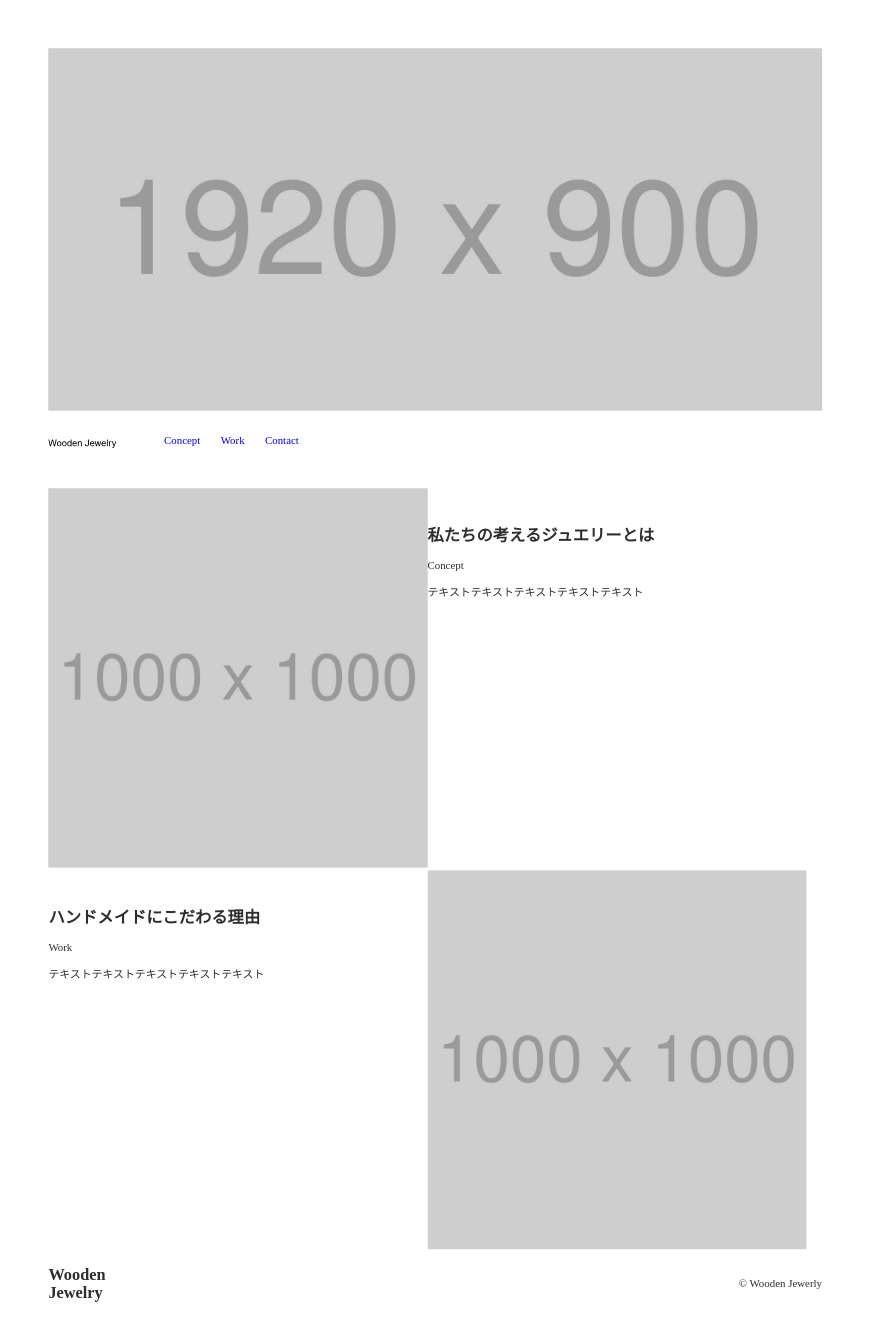
Repository: Fuki-san/jewelry
Page: http://localhost/jewelry
These files come from the project's save history. The page is drawn as it stood at one moment and after a run of saves; the edit follows.
The browser window is 1280 px wide. The pictures show the whole page, at 68% of full size.
The page is served by the project's Laravel application, run on PHP 8.4 with Laravel 10.

Above is the page before, as saved 2023-11-26 14:29:27.

After the next 2 saves:
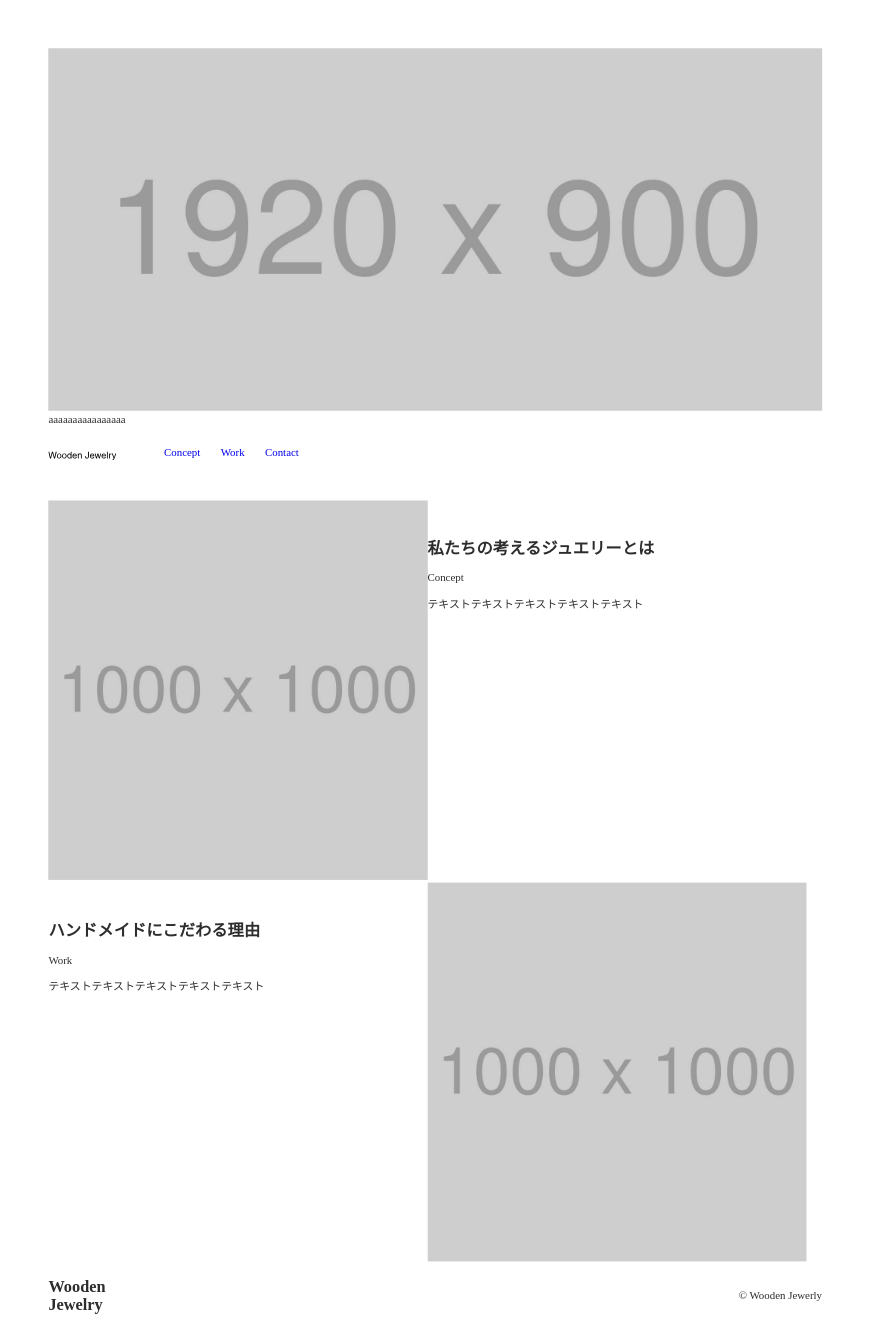
The 2 saves are shown as one change because they came seconds apart.
The last was saved 15 s later.
--- a/resources/views/jewelry.blade.php
+++ b/resources/views/jewelry.blade.php
@@ -5,6 +5,7 @@
 @section('content')
     <div id="mainvisual">
         <img src="img/mainvisual.jpg">
+        aaaaaaaaaaaaaaaa
     </div>
     <header id="header">
         <h1 class="site-title"><a href="#"><img src="img/logo.svg"></a></h1>

After the 2 saves that followed:
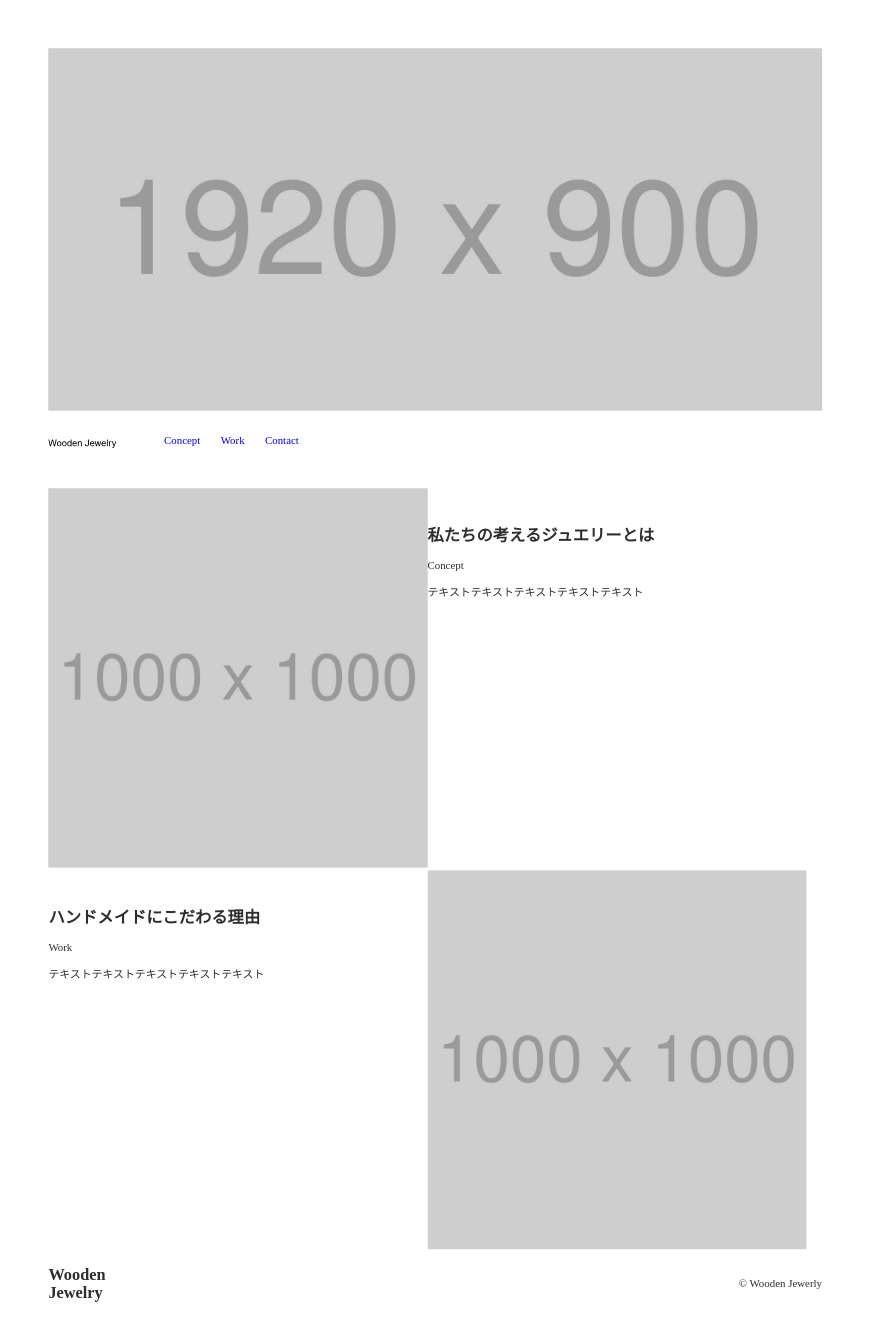
The 2 saves are shown as one change because they came seconds apart.
The last was saved 13 s later.
--- a/resources/views/jewelry.blade.php
+++ b/resources/views/jewelry.blade.php
@@ -5,7 +5,6 @@
 @section('content')
     <div id="mainvisual">
         <img src="img/mainvisual.jpg">
-        aaaaaaaaaaaaaaaa
     </div>
     <header id="header">
         <h1 class="site-title"><a href="#"><img src="img/logo.svg"></a></h1>
